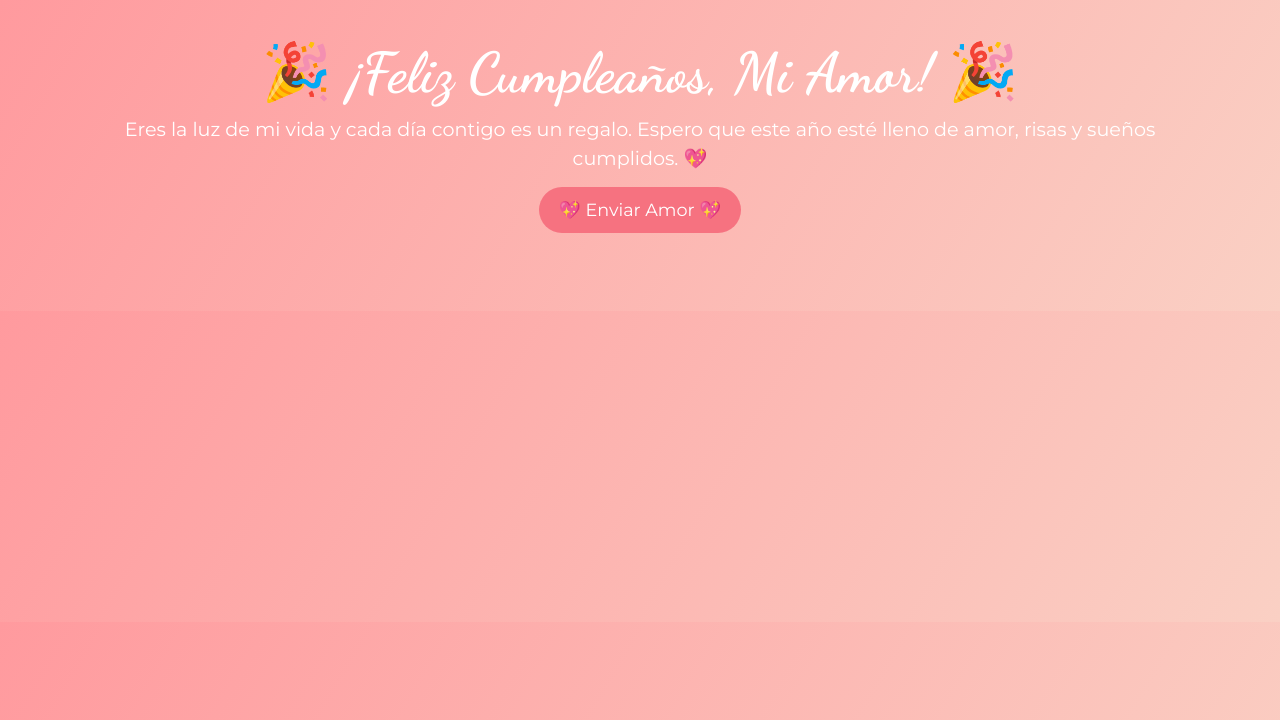
Repository: Jchimbo99/Esposa
Page: index.html
These files come from the project's save history. The page is drawn as it stood at one moment and after a run of saves; the edit follows.
The browser window is 1280 px wide. The pictures show the whole page.

Above is the page before, as saved 2025-01-24 09:23:48.

### index.html
<!DOCTYPE html>
<html lang="en">
<head>
    <meta charset="UTF-8">
    <meta name="viewport" content="width=device-width, initial-scale=1.0">
    <title>¡Feliz Cumpleaños, Amor!</title>
    <!-- Bootstrap CSS -->
    <link href="https://cdn.jsdelivr.net/npm/bootstrap@5.3.0-alpha3/dist/css/bootstrap.min.css" rel="stylesheet">
    <!-- Google Fonts -->
    <link href="https://fonts.googleapis.com/css2?family=Dancing+Script:wght@700&family=Montserrat:wght@400;700&display=swap" rel="stylesheet">
    <!-- Custom CSS -->
    <style>
        body {
            background: linear-gradient(120deg, #ff9a9e, #fad0c4);
            font-family: 'Montserrat', sans-serif;
            color: #fff;
            text-align: center;
            padding: 20px;
        }
        h1 {
            font-family: 'Dancing Script', cursive;
            font-size: 3.5rem;
            margin-top: 20px;
        }
        p {
            font-size: 1.2rem;
        }
        .btn-custom {
            background-color: #f67280;
            border: none;
            color: white;
            padding: 10px 20px;
            font-size: 1.1rem;
            border-radius: 50px;
            transition: transform 0.3s, box-shadow 0.3s;
        }
        .btn-custom:hover {
            background-color: #c06c84;
            transform: scale(1.1);
            box-shadow: 0 4px 15px rgba(0, 0, 0, 0.2);
        }
        .balloons {
            animation: float 4s infinite ease-in-out;
        }
        @keyframes float {
            0%, 100% {
                transform: translateY(0);
            }
            50% {
                transform: translateY(-20px);
            }
        }
    </style>
</head>
<body>
    <div class="container">
        <h1>🎉 ¡Feliz Cumpleaños, Mi Amor! 🎉</h1>
        <p>Eres la luz de mi vida y cada día contigo es un regalo. Espero que este año esté lleno de amor, risas y sueños cumplidos. 💖</p>
        <div class="mt-4">
            <button class="btn btn-custom balloons" onclick="showLove()">💖 Enviar Amor 💖</button>
        </div>
        <div id="hearts" class="mt-5"></div>
    </div>

    <!-- Bootstrap JS -->
    <script src="https://cdn.jsdelivr.net/npm/bootstrap@5.3.0-alpha3/dist/js/bootstrap.bundle.min.js"></script>
    <!-- Custom JavaScript -->
    <script>
        function showLove() {
            const heartsContainer = document.getElementById('hearts');
            const heart = document.createElement('div');
            heart.innerHTML = '❤️';
            heart.style.fontSize = '2rem';
            heart.style.animation = 'float 3s ease-in-out infinite';
            heart.style.marginTop = '10px';
            heartsContainer.appendChild(heart);
        }
    </script>
</body>
</html>

After the next 2 saves:
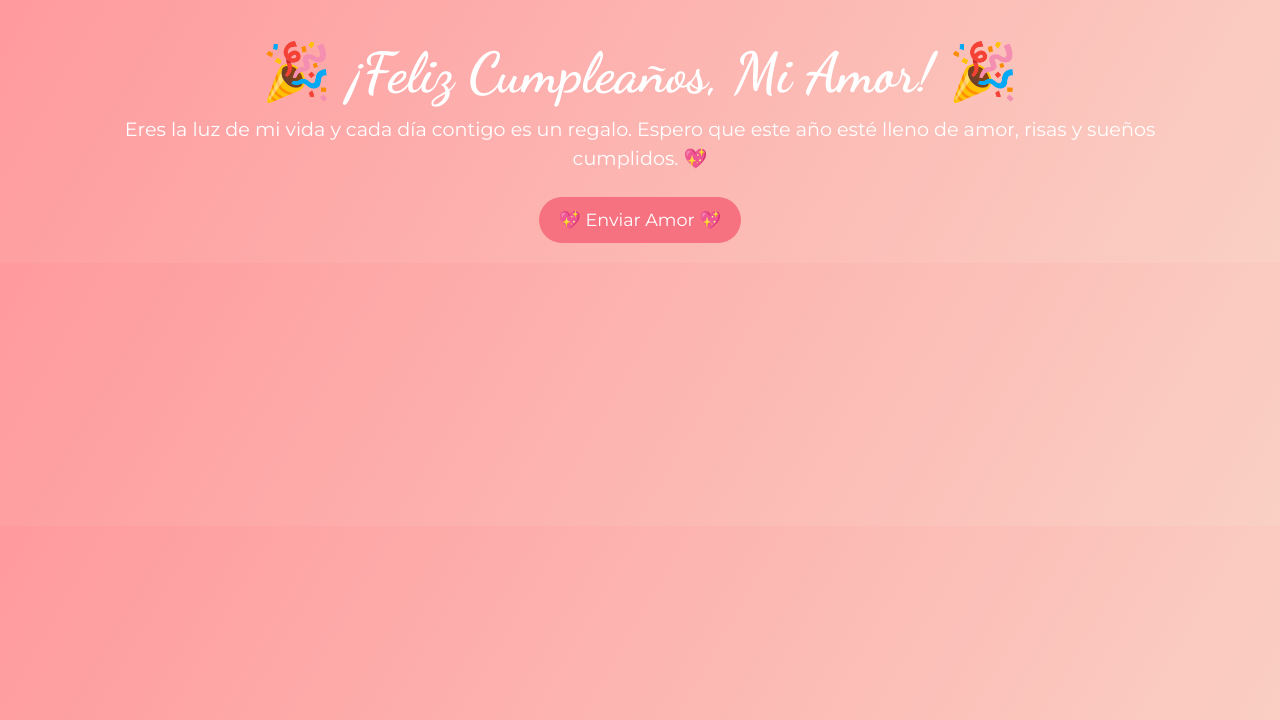
The 2 saves are shown as one change because they came seconds apart.
The last was saved 94 s later.
--- a/index.html
+++ b/index.html
@@ -16,6 +16,7 @@
             color: #fff;
             text-align: center;
             padding: 20px;
+            overflow: hidden;
         }
         h1 {
             font-family: 'Dancing Script', cursive;
@@ -39,15 +40,26 @@
             transform: scale(1.1);
             box-shadow: 0 4px 15px rgba(0, 0, 0, 0.2);
         }
-        .balloons {
-            animation: float 4s infinite ease-in-out;
+        .heart {
+            position: absolute;
+            font-size: 2rem;
+            animation: floatUp 4s ease-in-out infinite, fadeOut 4s ease-in-out infinite;
+            color: #ff6f91;
         }
-        @keyframes float {
-            0%, 100% {
+        @keyframes floatUp {
+            0% {
                 transform: translateY(0);
             }
-            50% {
-                transform: translateY(-20px);
+            100% {
+                transform: translateY(-500px);
+            }
+        }
+        @keyframes fadeOut {
+            0% {
+                opacity: 1;
+            }
+            100% {
+                opacity: 0;
             }
         }
     </style>
@@ -57,23 +69,30 @@
         <h1>🎉 ¡Feliz Cumpleaños, Mi Amor! 🎉</h1>
         <p>Eres la luz de mi vida y cada día contigo es un regalo. Espero que este año esté lleno de amor, risas y sueños cumplidos. 💖</p>
         <div class="mt-4">
-            <button class="btn btn-custom balloons" onclick="showLove()">💖 Enviar Amor 💖</button>
+            <button class="btn btn-custom" onclick="generateHearts()">💖 Enviar Amor 💖</button>
         </div>
-        <div id="hearts" class="mt-5"></div>
     </div>
 
     <!-- Bootstrap JS -->
     <script src="https://cdn.jsdelivr.net/npm/bootstrap@5.3.0-alpha3/dist/js/bootstrap.bundle.min.js"></script>
     <!-- Custom JavaScript -->
     <script>
-        function showLove() {
-            const heartsContainer = document.getElementById('hearts');
-            const heart = document.createElement('div');
-            heart.innerHTML = '❤️';
-            heart.style.fontSize = '2rem';
-            heart.style.animation = 'float 3s ease-in-out infinite';
-            heart.style.marginTop = '10px';
-            heartsContainer.appendChild(heart);
+        function generateHearts() {
+            const body = document.body;
+            for (let i = 0; i < 30; i++) { // Generar 30 corazones
+                const heart = document.createElement('div');
+                heart.className = 'heart';
+                heart.innerHTML = '❤️';
+                heart.style.left = Math.random() * 100 + 'vw'; // Posición horizontal aleatoria
+                heart.style.animationDelay = Math.random() * 2 + 's'; // Retraso de animación aleatorio
+                heart.style.fontSize = Math.random() * 1.5 + 1 + 'rem'; // Tamaño aleatorio
+                body.appendChild(heart);
+
+                // Eliminar el corazón después de la animación
+                setTimeout(() => {
+                    heart.remove();
+                }, 4000); // Tiempo igual a la duración de la animación
+            }
         }
     </script>
 </body>
